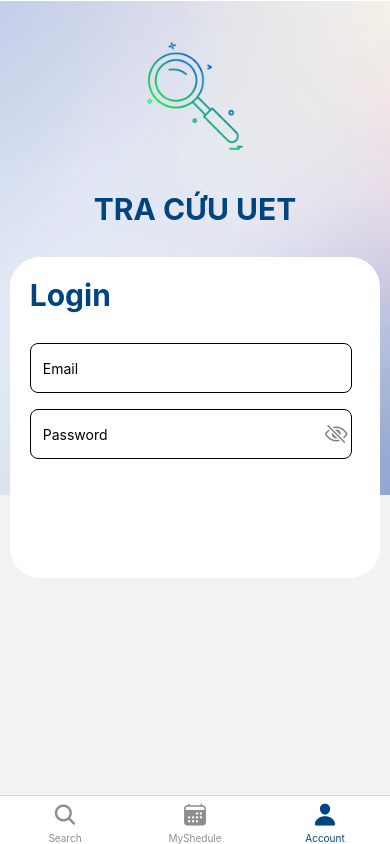
Repository: nguyenkhackien/Student-Progress-Tracker-
Screen: /Account (app in MyApp/)
An editor plug-in stored every save of this project. The screen is shown before and after a run of saves, followed by the edit.
The app was drawn by React Native's web renderer in a window 390 px wide. The project was rebuilt for these pictures with package versions that can differ from the ones it lists, and the page was loaded fresh each time. Also part of the build but not shown: MyApp/src/components/MyScheduleScreen.js.

Above is the screen before, as saved 2024-07-21 21:56:39.

After the next 4 saves:
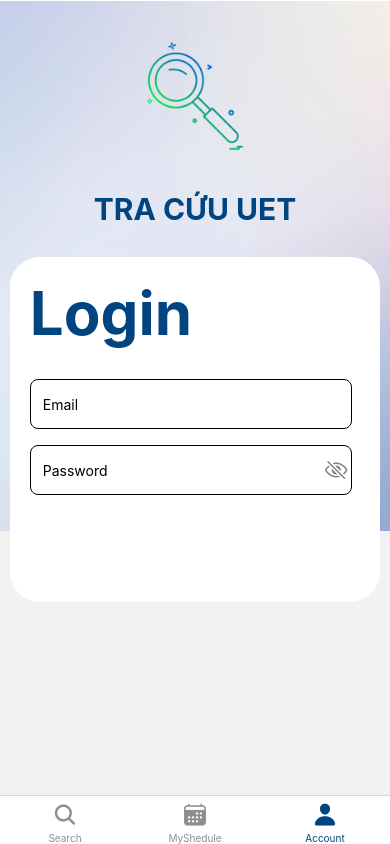
The 4 saves are shown as one change because 1 did not build or start and some came seconds apart.
The last was saved 24 s later.
--- a/MyApp/src/components/LoginScreen.js
+++ b/MyApp/src/components/LoginScreen.js
@@ -33,7 +33,7 @@ const LoginScreen = () => {
                     <Text style={styles.title}>TRA CỨU UET</Text>
                     <View style={styles.loginContainer}>
                         <Text style={styles.title}>
-                            <Text >Login</Text>
+                            <Text style={{fontSize:60}}>Login</Text>
                         </Text>
                         <View style={styles.inputContainer}>
                             <TextInput
